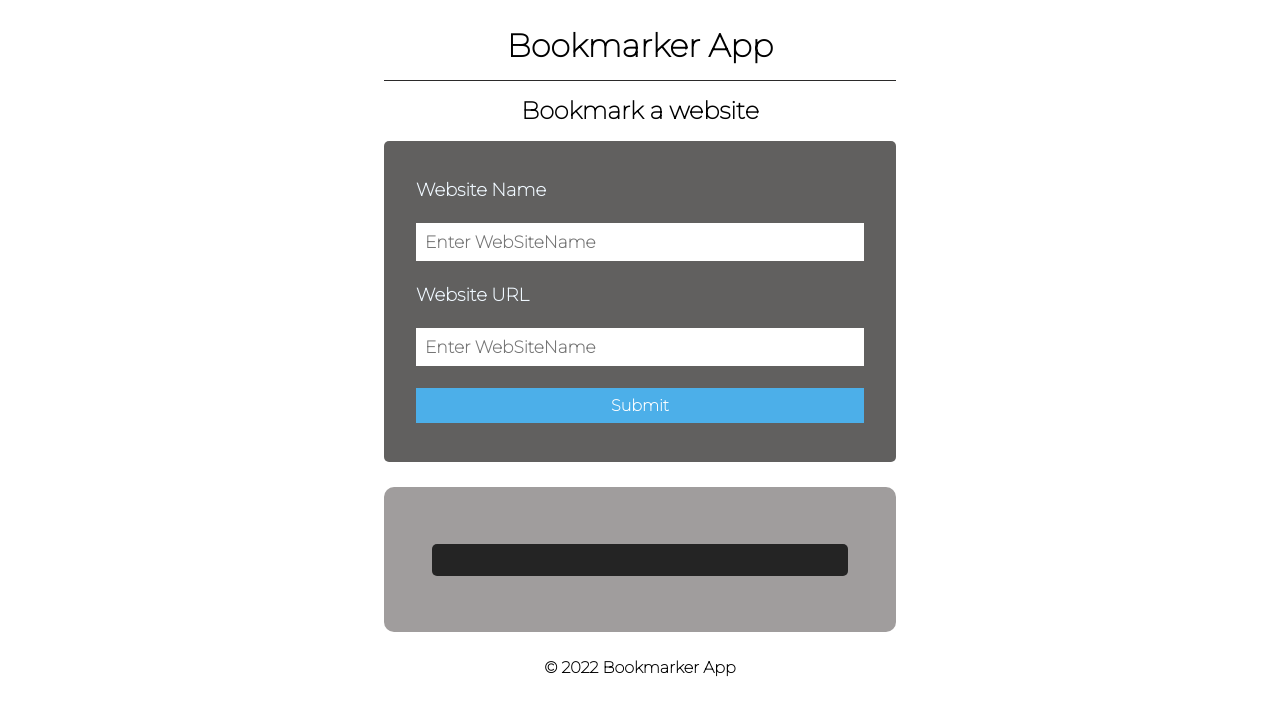
Repository: Suporl9/BookMarkerApp
Page: index.html
The author's editor kept a copy of each file at every save. The page is drawn from the files as they stood at one save, then again after the next save.
The browser window is 1280 px wide. The pictures show the whole page.

Above is the page before, as saved 2021-11-23 21:56:30.

### index.html
<!DOCTYPE html>
<html lang="en">
  <head>
    <meta charset="UTF-8" />
    <meta http-equiv="X-UA-Compatible" content="IE=edge" />
    <meta name="viewport" content="width=device-width, initial-scale=1.0" />
    <link rel="stylesheet" href="./style.css" />
    <title>Document</title>
  </head>
  <body onload="fetchBookMarkData()">
    <div class="container">
      <div class="innerContainer">
        <div class="ininContainer">
          <div class="bookmarkerSection"><h1>Bookmarker App</h1></div>
          <!-- <h1>Bookmarker App</h1> -->
          <div class="vh"></div>
          <div class="formInput">
            <form class="formSec">
              <h2 class="h2class">Bookmark a website</h2>
              <div class="sitesec">
                <label class="labc" name="siteName">Website Name</label>
                <input
                  type="text"
                  name="sitename"
                  id="sitenameid"
                  placeholder="Enter WebSiteName"
                  class="inpClass"
                />
                <label class="labc" name="siteName">Website URL</label>
                <input
                  type="text"
                  name="sitename"
                  id="urlid"
                  class="inpClass"
                  placeholder="Enter WebSiteName"
                />
                <button class="submBtn">Submit</button>
              </div>
            </form>
          </div>
          <div class="toBeAdded">
            <div class="nonesensediv"></div>
          </div>
          <footer class="footer">
            <p>&copy; 2022 Bookmarker App</p>
          </footer>
        </div>
      </div>
    </div>
    <script src="main.js"></script>
  </body>
</html>

### style.css
@import url("https://fonts.googleapis.com/css2?family=Montserrat:wght@100&display=swap");

:root {
  --main-bg-color: rgb(255, 255, 255);
  --main-grey: rgb(97, 96, 95);
}
* {
  font-family: "Montserrat", sans-serif;
  box-sizing: border-box; /* includes padding in height and width(the box outside doesnot get bigger when adding padding and stuff)*/
  margin: 0;
  padding: 0;
  font-weight: bold;
  border: none;
}
body {
  width: 80%;
  margin: auto;
}
.container {
  font-family: "Montserrat", sans-serif;

  display: flex;
  justify-content: center;
}
.innerContainer {
  /* display: flex;
  flex-direction: column; */
  width: 50%;
  margin: auto;
  /* justify-content: center;
  align-self: center; */
}
.ininContainer {
  display: flex;
  flex-direction: column;
  margin-top: 5%;
  /* align-content: center; */
  /* justify-content: center; */
}
.bookmarkerSection {
  display: flex;
  justify-content: center;
}
.vh {
  border-bottom: 1px solid rgb(43, 42, 42);
  margin-top: 3%;
}
/* .formInput {
  display: flex;
  flex-direction: column;
  justify-content: center;
} */
.h2class {
  align-self: center;
  margin-bottom: 3%;
}
.formSec {
  display: flex;
  flex-direction: column;
  margin-top: 3%;
  /* justify-content: end; */
  /* width: 0%; */
  /* align-content: center; */
}
.sitesec {
  display: flex;
  flex-direction: column;
  background-color: var(--main-grey);
  padding: 1rem 2rem;
  /* padding-bottom: 2rem; */
  border-radius: 5px;
  color: aliceblue;
}
.submBtn {
  margin-top: 5%;
  margin-bottom: 5%;
  padding: 0.5rem;
  color: rgb(255, 255, 255);
  /* font-size: 14px; */
  font-size: 16px;
  font-weight: 900;
  background-color: rgb(76, 175, 233);
}
.inpClass {
  margin-top: 5%;
  padding: 2%;
  outline: none;
  font-size: 17px;
}
.labc {
  margin-top: 5%;
  font-size: 18px;
}
.footer {
  margin-top: 5%;
  align-self: center;
}
/* .formSec,
.sitesec {
  display: flex;
  flex-direction: column;
} */
/* .sitesec {
  display: flex;
  flex-direction: column;
}
 */
.toBeAdded {
  background-color: rgb(160, 157, 157);
  border-radius: 10px;
  padding: 3rem;
  margin-top: 5%;
}
.nonesensediv {
  background-color: rgb(36, 36, 36);
  margin: 2% 0;
  border-radius: 5px;
  padding: 1rem;
  color: aliceblue;
  display: flex;
  flex-direction: column;
  /* justify-content: center; */
  align-items: center;
}
.pip {
  margin-bottom: 5%;
}

### main.js
//// @ts-check

let button = document.querySelector(".formSec");
button.addEventListener("submit", eventFunctionSubmit);
let sitename = document.getElementById("sitenameid");
let url = document.getElementById("urlid");

let hello = localStorage.getItem("data");
let retrivedData = JSON.parse(hello);
console.log("retrieved", retrivedData);

let arrayForData = [];
if (hello != null) {
  retrivedData.forEach((element) => {
    arrayForData.push(element);
  });
} else {
  arrayForData = [];
}

console.log("arrayfordata", arrayForData);

function eventFunctionSubmit(e) {
  e.preventDefault();

  console.log("it works?");
  let site = { sitenamekey: sitename.value, urlkey: url.value };
  arrayForData.push(site);

  localStorage.setItem("data", JSON.stringify(arrayForData));
}

console.log("hello", JSON.parse(hello));

// let toBeRenderedArrayList = [];
// let listt = document.getElementById("ullist");

// arrayForData.forEach((arr) => {
//   toBeRenderedArrayList.push(
//     "<div class=nonesensediv>" +
//       "<p class=pip>" +
//       arr.sitenamekey +
//       "</p>" +
//       "<h4>" +
//       arr.urlkey +
//       "</h4>" +
//       "</div>"
//   );
// });
// listt.innerHTML = toBeRenderedArrayList.join(" ");
function fetchBookMarkData() {
  let fetchedBookmarks = JSON.parse(localStorage.getItem("data"));
  console.log("fetchedbokks", fetchedBookmarks);
}

After the next save:
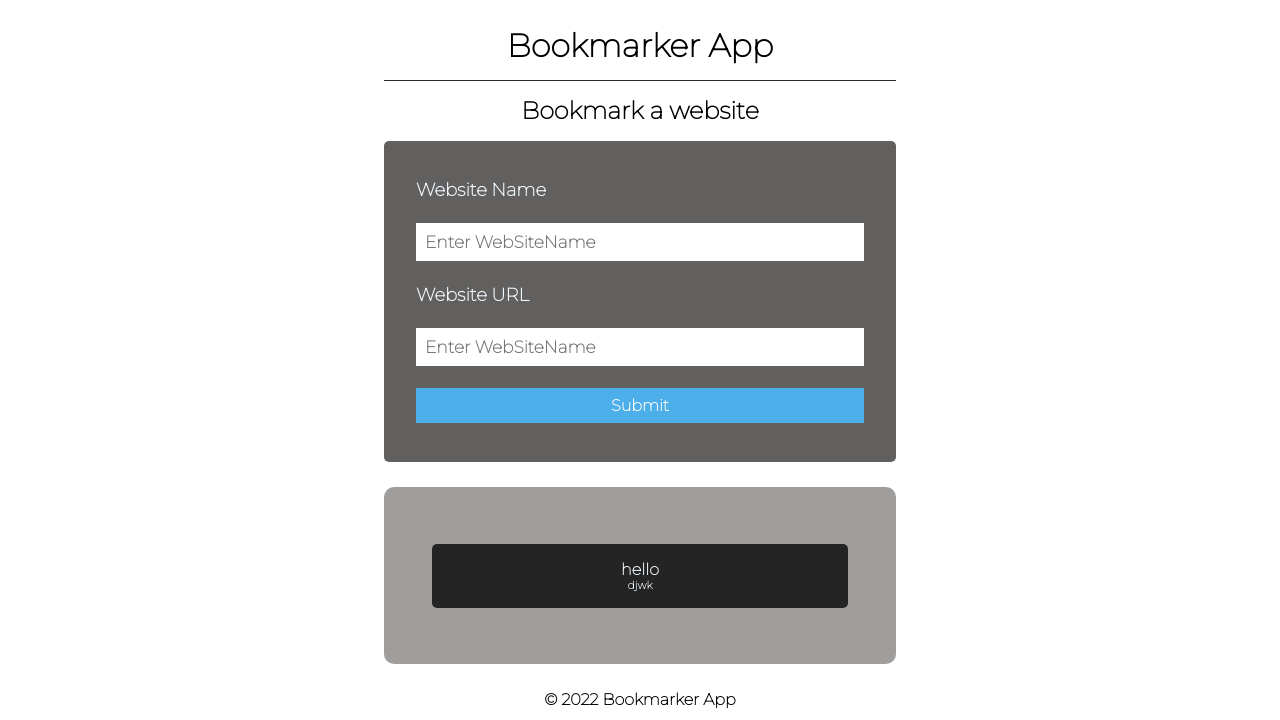
Saved 13 s later.
--- a/index.html
+++ b/index.html
@@ -39,7 +39,10 @@
             </form>
           </div>
           <div class="toBeAdded">
-            <div class="nonesensediv"></div>
+            <div class="nonesensediv">
+              <p>hello</p>
+              <h6>djwk</h6>
+            </div>
           </div>
           <footer class="footer">
             <p>&copy; 2022 Bookmarker App</p>

After the save that followed:
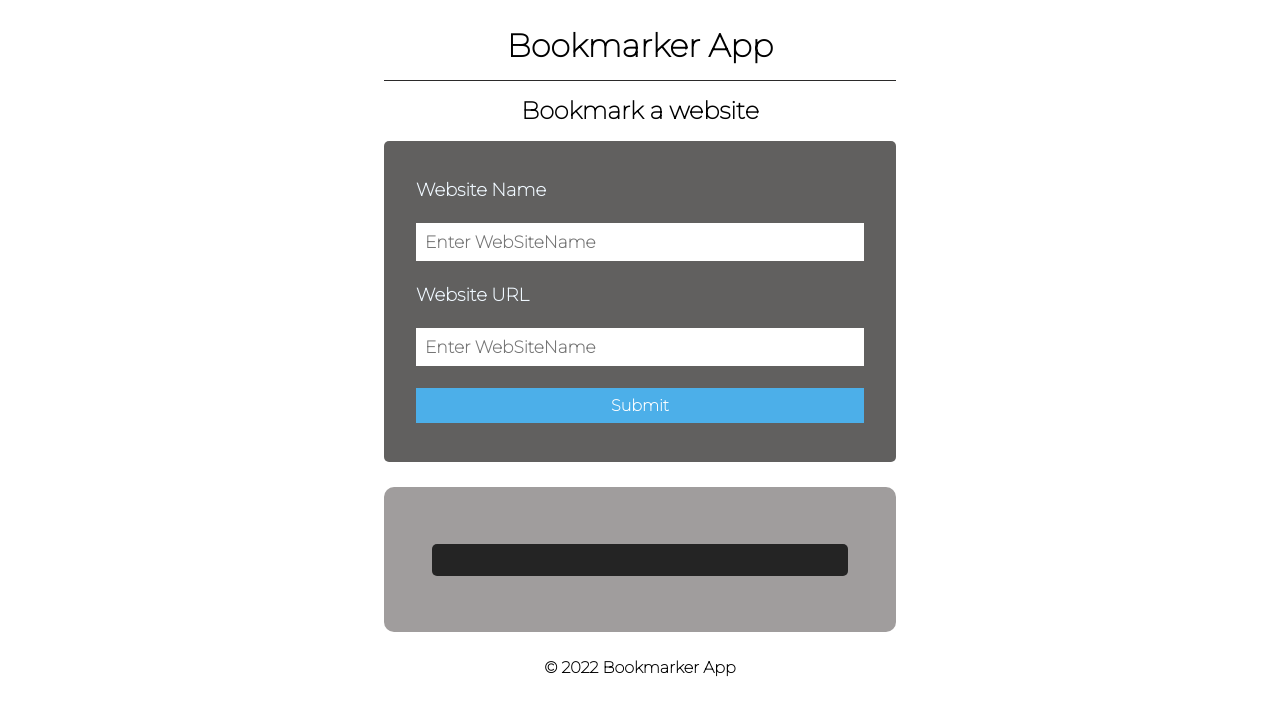
Saved 13 s later.
--- a/index.html
+++ b/index.html
@@ -39,10 +39,7 @@
             </form>
           </div>
           <div class="toBeAdded">
-            <div class="nonesensediv">
-              <p>hello</p>
-              <h6>djwk</h6>
-            </div>
+            <div class="nonesensediv"></div>
           </div>
           <footer class="footer">
             <p>&copy; 2022 Bookmarker App</p>
